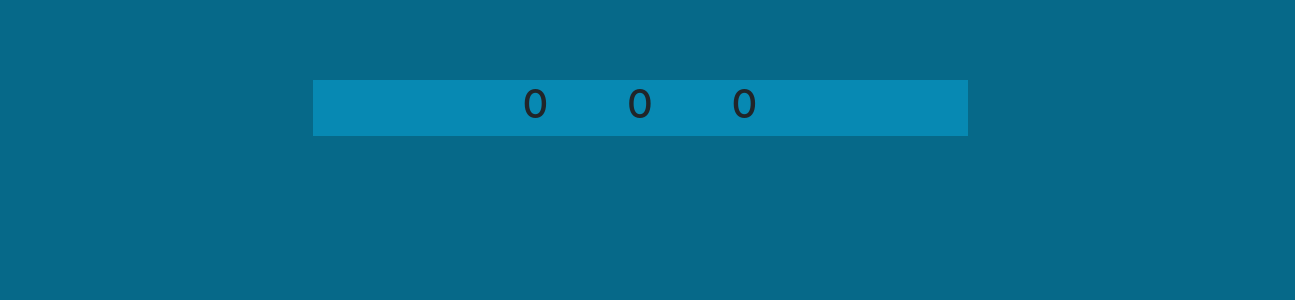
Repository: moiz9265/stopwatch
Page: index.html
The author's editor kept a copy of each file at every save. The page is drawn from the files as they stood at one save, then again after the next save.
The browser window is 1280 px wide. The page is 1295 px wide, so the pictures cover 1295 px, including what lies to the right of the window. The pictures show the whole page.

Above is the page before, as saved 2020-07-09 22:55:25.

After the next save:
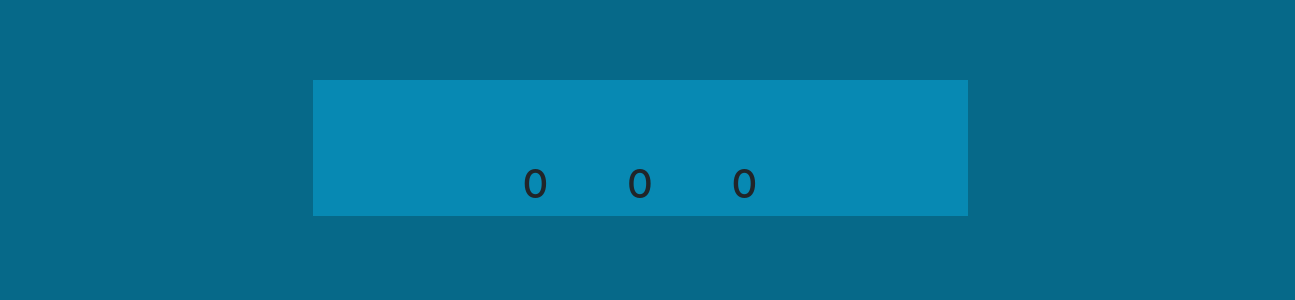
Saved 5 s later.
--- a/css/style.css
+++ b/css/style.css
@@ -7,7 +7,7 @@ body{
 
     width: 40%;
     background-color: #0789B3;
-    padding-: 80px;
+    padding-top: 80px;
 
 }
 
